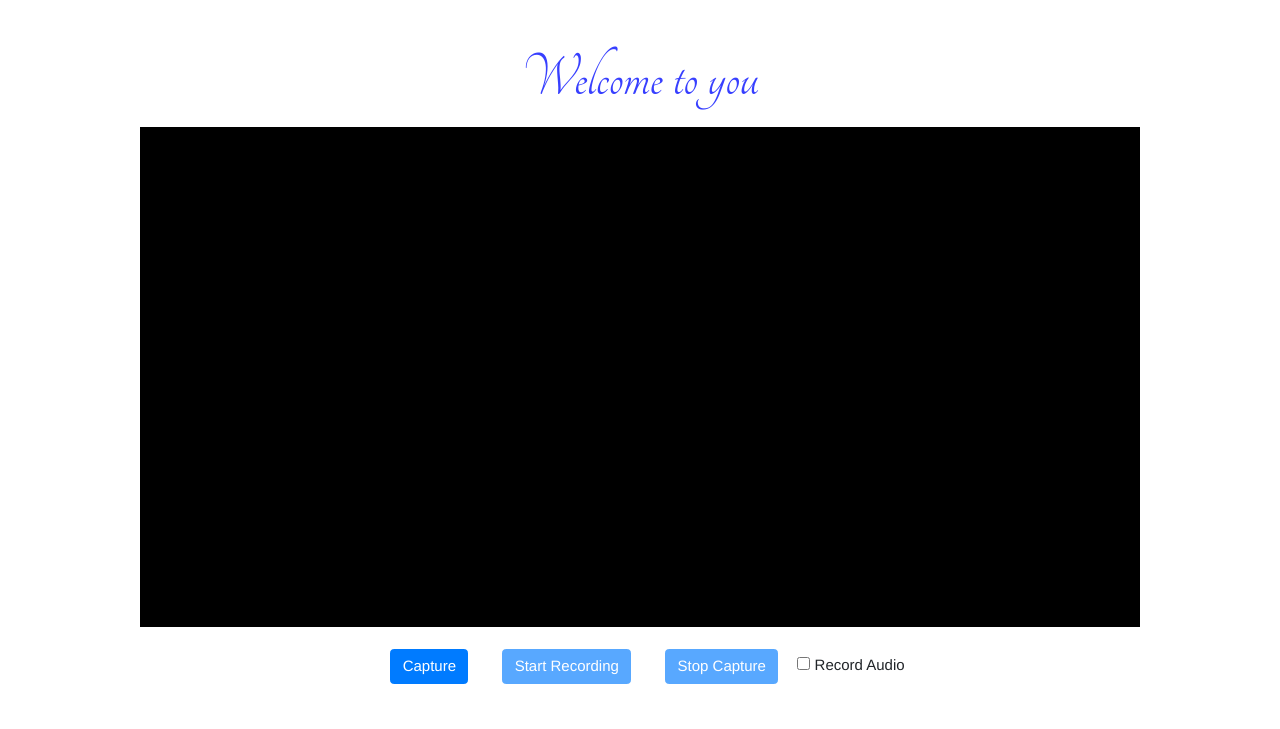
Repository: santiljanomalaj/recording_youtube
Page: index.html
An editor plug-in stored every save of this project. The page is shown before and after the next save, followed by the edit.
The browser window is 1280 px wide. The pictures show the whole page.

Above is the page before, as saved 2020-04-29 18:58:15.

### index.html
<!DOCTYPE html>
<html lang="en">
  <head>
    <title>video/audio capture</title>
    <meta charset="utf-8" />
    <meta http-equiv="X-UA-Compatible" content="IE=edge" />
    <meta name="viewport" content="width=device-width, initial-scale=1" />

    <link rel="stylesheet" href="./css/bootstrap.min.css" />
    <link rel="stylesheet" href="./css/w3.css" />
    <link
      rel="stylesheet"
      href="https://fonts.googleapis.com/css?family=Tangerine"
    />
    <link rel="stylesheet" href="./css/style.css" />

    <!-- <script>
      if (location.protocol !== "https:") location.protocol = "https:";
    </script> -->
    <!-- import the webpage's stylesheet -->
  </head>
  <body>
    <center>
      <div class="w3-container w3-tangerine">
        <!-- <u style="color: red;"> -->
        <h1 class="w3-jumbo">&nbsp Welcome to you &nbsp</h1>
        <!-- </u> -->
      </div>
      <p id="warning">
        Enable chrome://flags/#enable-experimental-web-platform-features
      </p>
      <video
        style="background-color: black; width: 1000px; height: 500px;"
        id="videoElement"
        autoplay
      ></video>
      <br />
      <button class="btn btn-primary" id="captureBtn">Capture</button>
      <button class="btn btn-primary" id="startBtn" disabled>
        Start Recording
      </button>
      <button class="btn btn-primary" id="stopBtn" disabled>
        Stop Capture
      </button>
      <input type="checkbox" id="audioToggle" />
      <label for="audioToggle">Record Audio</label>
      <a
        type="button"
        class="btn btn-primary"
        id="download"
        href="#"
        style="display: none;"
        >Download</a
      >
      <a
        type="button"
        id="trim"
        href="https://video-cut.glitch.me/"
        style="display: none;"
        target="trim"
        >Trim Video</a
      >
      <a
        type="button"
        class="btn btn-primary"
        id="convert"
        href="https://convert-to-mp4.glitch.me/"
        style="display: none;"
        target="convert"
        >Convert to MP4</a
      >
    </center>

    <script src="./js/comlink.js"></script>
    <script src="./js/jquery.min.js"></script>
    <script src="./js/popper.min.js"></script>
    <script src="https://maxcdn.bootstrapcdn.com/bootstrap/4.4.1/js/bootstrap.min.js"></script>

    <script>
      if ("getDisplayMedia" in navigator.mediaDevices)
        warning.style.display = "none";

      let blobs;
      let blob;
      let rec;
      let stream;

      captureBtn.onclick = async () => {
        trim.style.display = "none";
        convert.style.display = "none";
        download.style.display = "none";
        let audio = audioToggle.checked || false;

        stream = await navigator.mediaDevices.getDisplayMedia({
          video: true,
          audio: audio,
        });
        stream
          .getVideoTracks()
          .forEach((track) => (track.contentHint = "text"));
        videoElement.srcObject = stream;
        let opts = { mimeType: "video/webm; codecs=h264" };
        blobs = [];
        rec = new MediaRecorder(stream, opts);
        rec.ondataavailable = (e) => blobs.push(e.data);
        rec.onstop = () => {
          blob = new Blob(blobs, { type: "video/mp4" });
          let url = window.URL.createObjectURL(blob);
          download.href = url;
          download.download = "test.mp4";
          download.style.display = "block";
          trim.style.display = "block";
          convert.style.display = "block";
        };
        startBtn.disabled = false;
        captureBtn.disabled = true;
        audioToggle.disabled = true;
      };

      startBtn.onclick = () => {
        startBtn.disabled = true;
        stopBtn.disabled = false;
        rec.start();
      };

      stopBtn.onclick = () => {
        captureBtn.disabled = false;
        startBtn.disabled = true;
        stopBtn.disabled = true;
        audioToggle.disabled = false;
        rec.stop();
        stream.getTracks().forEach((s) => s.stop());
        videoElement.srcObject = null;
        stream = null;
      };

      trim.onclick = async (event) => {
        event.preventDefault();
        let cutWindow = window.open(event.target.href);
        let start = Comlink.proxy(cutWindow);
        setTimeout(async () => {
          let result = await start(
            new File([blob], "test.webm", { type: "video/webm" }),
            "00:00:00"
          );
        }, 1000);
      };

      convert.onclick = async (event) => {
        event.preventDefault();
        let convertWindow = window.open(event.target.href);
        let start = Comlink.proxy(convertWindow);
        setTimeout(async () => {
          let result = await start(
            new File([blob], "test.webm", { type: "video/webm" })
          );
        }, 1000);
      };
    </script>
  </body>
</html>

### css/style.css
/* CSS files add styling rules to your content */

body {
  font-family: "Benton Sans", "Helvetica Neue", helvetica, arial, sans-serif;
  margin: 2em;
}

h1 {
  font-family: "Tangerine", serif;
  color: #373fff;
}

video {
  width: 1000px;
  height: 1000px;
}

button {
  margin: 1em;
  padding: 1;
}

.w3-tangerine {
  font-family: "Tangerine", serif;
}

### js/comlink.js
/**
 * Copyright 2017 Google Inc. All Rights Reserved.
 * Licensed under the Apache License, Version 2.0 (the "License");
 * you may not use this file except in compliance with the License.
 * You may obtain a copy of the License at
 *     http://www.apache.org/licenses/LICENSE-2.0
 * Unless required by applicable law or agreed to in writing, software
 * distributed under the License is distributed on an "AS IS" BASIS,
 * WITHOUT WARRANTIES OR CONDITIONS OF ANY KIND, either express or implied.
 * See the License for the specific language governing permissions and
 * limitations under the License.
 */
(function (factory) {
  if (typeof module === "object" && typeof module.exports === "object") {
    var v = factory(require, exports);
    if (v !== undefined) module.exports = v;
  } else if (typeof define === "function" && define.amd) {
    define(["require", "exports"], factory);
  } else {
    factory([], (self.Comlink = {}));
  }
})(function (require, exports) {
  "use strict";
  Object.defineProperty(exports, "__esModule", { value: true });
  const TRANSFERABLE_TYPES = [ArrayBuffer, MessagePort];
  const uid = Math.floor(Math.random() * Number.MAX_SAFE_INTEGER);
  const proxyValueSymbol = Symbol("proxyValue");
  const throwSymbol = Symbol("throw");
  const proxyTransferHandler = {
    canHandle: (obj) => obj && obj[proxyValueSymbol],
    serialize: (obj) => {
      const { port1, port2 } = new MessageChannel();
      expose(obj, port1);
      return port2;
    },
    deserialize: (obj) => {
      return proxy(obj);
    },
  };
  const throwTransferHandler = {
    canHandle: (obj) => obj && obj[throwSymbol],
    serialize: (obj) => obj.toString() + "\n" + obj.stack,
    deserialize: (obj) => {
      throw Error(obj);
    },
  };
  exports.transferHandlers = new Map([
    ["PROXY", proxyTransferHandler],
    ["THROW", throwTransferHandler],
  ]);
  let pingPongMessageCounter = 0;
  function proxy(endpoint, target) {
    if (isWindow(endpoint)) endpoint = windowEndpoint(endpoint);
    if (!isEndpoint(endpoint))
      throw Error(
        "endpoint does not have all of addEventListener, removeEventListener and postMessage defined"
      );
    activateEndpoint(endpoint);
    return cbProxy(
      async (irequest) => {
        let args = [];
        if (irequest.type === "APPLY" || irequest.type === "CONSTRUCT")
          args = irequest.argumentsList.map(wrapValue);
        const response = await pingPongMessage(
          endpoint,
          Object.assign({}, irequest, { argumentsList: args }),
          transferableProperties(args)
        );
        const result = response.data;
        return unwrapValue(result.value);
      },
      [],
      target
    );
  }
  exports.proxy = proxy;
  function proxyValue(obj) {
    obj[proxyValueSymbol] = true;
    return obj;
  }
  exports.proxyValue = proxyValue;
  function expose(rootObj, endpoint) {
    if (isWindow(endpoint)) endpoint = windowEndpoint(endpoint);
    if (!isEndpoint(endpoint))
      throw Error(
        "endpoint does not have all of addEventListener, removeEventListener and postMessage defined"
      );
    activateEndpoint(endpoint);
    attachMessageHandler(endpoint, async function (event) {
      if (!event.data.id || !event.data.callPath) return;
      const irequest = event.data;
      let that = await irequest.callPath
        .slice(0, -1)
        .reduce((obj, propName) => obj[propName], rootObj);
      let obj = await irequest.callPath.reduce(
        (obj, propName) => obj[propName],
        rootObj
      );
      let iresult = obj;
      let args = [];
      if (irequest.type === "APPLY" || irequest.type === "CONSTRUCT")
        args = irequest.argumentsList.map(unwrapValue);
      if (irequest.type === "APPLY") {
        try {
          iresult = await obj.apply(that, args);
        } catch (e) {
          iresult = e;
          iresult[throwSymbol] = true;
        }
      }
      if (irequest.type === "CONSTRUCT") {
        try {
          iresult = new obj(...args); // eslint-disable-line new-cap
          iresult = proxyValue(iresult);
        } catch (e) {
          iresult = e;
          iresult[throwSymbol] = true;
        }
      }
      if (irequest.type === "SET") {
        obj[irequest.property] = irequest.value;
        // FIXME: ES6 Proxy Handler `set` methods are supposed to return a
        // boolean. To show good will, we return true asynchronously ¯\_(ツ)_/¯
        iresult = true;
      }
      iresult = makeInvocationResult(iresult);
      iresult.id = irequest.id;
      return endpoint.postMessage(iresult, transferableProperties([iresult]));
    });
  }
  exports.expose = expose;
  function wrapValue(arg) {
    // Is arg itself handled by a TransferHandler?
    for (const [key, transferHandler] of exports.transferHandlers) {
      if (transferHandler.canHandle(arg)) {
        return {
          type: key,
          value: transferHandler.serialize(arg),
        };
      }
    }
    // If not, traverse the entire object and find handled values.
    let wrappedChildren = [];
    for (const item of iterateAllProperties(arg)) {
      for (const [key, transferHandler] of exports.transferHandlers) {
        if (transferHandler.canHandle(item.value)) {
          wrappedChildren.push({
            path: item.path,
            wrappedValue: {
              type: key,
              value: transferHandler.serialize(item.value),
            },
          });
        }
      }
    }
    for (const wrappedChild of wrappedChildren) {
      const container = wrappedChild.path
        .slice(0, -1)
        .reduce((obj, key) => obj[key], arg);
      container[wrappedChild.path[wrappedChild.path.length - 1]] = null;
    }
    return {
      type: "RAW",
      value: arg,
      wrappedChildren,
    };
  }
  function unwrapValue(arg) {
    if (exports.transferHandlers.has(arg.type)) {
      const transferHandler = exports.transferHandlers.get(arg.type);
      return transferHandler.deserialize(arg.value);
    } else if (isRawWrappedValue(arg)) {
      for (const wrappedChildValue of arg.wrappedChildren || []) {
        if (!exports.transferHandlers.has(wrappedChildValue.wrappedValue.type))
          throw Error(
            `Unknown value type "${arg.type}" at ${wrappedChildValue.path.join(
              "."
            )}`
          );
        const transferHandler = exports.transferHandlers.get(
          wrappedChildValue.wrappedValue.type
        );
        const newValue = transferHandler.deserialize(
          wrappedChildValue.wrappedValue.value
        );
        replaceValueInObjectAtPath(arg.value, wrappedChildValue.path, newValue);
      }
      return arg.value;
    } else {
      throw Error(`Unknown value type "${arg.type}"`);
    }
  }
  function replaceValueInObjectAtPath(obj, path, newVal) {
    const lastKey = path.slice(-1)[0];
    const lastObj = path.slice(0, -1).reduce((obj, key) => obj[key], obj);
    lastObj[lastKey] = newVal;
  }
  function isRawWrappedValue(arg) {
    return arg.type === "RAW";
  }
  function windowEndpoint(w) {
    if (self.constructor.name !== "Window") throw Error("self is not a window");
    return {
      addEventListener: self.addEventListener.bind(self),
      removeEventListener: self.removeEventListener.bind(self),
      postMessage: (msg, transfer) => w.postMessage(msg, "*", transfer),
    };
  }
  function isEndpoint(endpoint) {
    return (
      "addEventListener" in endpoint &&
      "removeEventListener" in endpoint &&
      "postMessage" in endpoint
    );
  }
  function activateEndpoint(endpoint) {
    if (isMessagePort(endpoint)) endpoint.start();
  }
  function attachMessageHandler(endpoint, f) {
    // Checking all possible types of `endpoint` manually satisfies TypeScript’s
    // type checker. Not sure why the inference is failing here. Since it’s
    // unnecessary code I’m going to resort to `any` for now.
    // if(isWorker(endpoint))
    //   endpoint.addEventListener('message', f);
    // if(isMessagePort(endpoint))
    //   endpoint.addEventListener('message', f);
    // if(isOtherWindow(endpoint))
    //   endpoint.addEventListener('message', f);
    endpoint.addEventListener("message", f);
  }
  function detachMessageHandler(endpoint, f) {
    // Same as above.
    endpoint.removeEventListener("message", f);
  }
  function isMessagePort(endpoint) {
    return endpoint.constructor.name === "MessagePort";
  }
  function isWindow(endpoint) {
    // TODO: This doesn’t work on cross-origin iframes.
    // return endpoint.constructor.name === 'Window';
    return ["window", "length", "location", "parent", "opener"].every(
      (prop) => prop in endpoint
    );
  }
  /**
   * `pingPongMessage` sends a `postMessage` and waits for a reply. Replies are
   * identified by a unique id that is attached to the payload.
   */
  function pingPongMessage(endpoint, msg, transferables) {
    const id = `${uid}-${pingPongMessageCounter++}`;
    return new Promise((resolve) => {
      attachMessageHandler(endpoint, function handler(event) {
        if (event.data.id !== id) return;
        detachMessageHandler(endpoint, handler);
        resolve(event);
      });
      // Copy msg and add `id` property
      msg = Object.assign({}, msg, { id });
      endpoint.postMessage(msg, transferables);
    });
  }
  function cbProxy(cb, callPath = [], target = function () {}) {
    return new Proxy(target, {
      construct(_target, argumentsList, proxy) {
        return cb({
          type: "CONSTRUCT",
          callPath,
          argumentsList,
        });
      },
      apply(_target, _thisArg, argumentsList) {
        // We use `bind` as an indicator to have a remote function bound locally.
        // The actual target for `bind()` is currently ignored.
        if (callPath[callPath.length - 1] === "bind")
          return cbProxy(cb, callPath.slice(0, -1));
        return cb({
          type: "APPLY",
          callPath,
          argumentsList,
        });
      },
      get(_target, property, proxy) {
        if (property === "then" && callPath.length === 0) {
          return { then: () => proxy };
        } else if (property === "then") {
          const r = cb({
            type: "GET",
            callPath,
          });
          return Promise.resolve(r).then.bind(r);
        } else {
          return cbProxy(cb, callPath.concat(property), _target[property]);
        }
      },
      set(_target, property, value, _proxy) {
        return cb({
          type: "SET",
          callPath,
          property,
          value,
        });
      },
    });
  }
  function isTransferable(thing) {
    return TRANSFERABLE_TYPES.some((type) => thing instanceof type);
  }
  function* iterateAllProperties(value, path = [], visited = null) {
    if (!value) return;
    if (!visited) visited = new WeakSet();
    if (visited.has(value)) return;
    if (typeof value === "string") return;
    if (typeof value === "object") visited.add(value);
    if (ArrayBuffer.isView(value)) return;
    yield { value, path };
    const keys = Object.keys(value);
    for (const key of keys)
      yield* iterateAllProperties(value[key], [...path, key], visited);
  }
  function transferableProperties(obj) {
    const r = [];
    for (const prop of iterateAllProperties(obj)) {
      if (isTransferable(prop.value)) r.push(prop.value);
    }
    return r;
  }
  function makeInvocationResult(obj) {
    for (const [type, transferHandler] of exports.transferHandlers) {
      if (transferHandler.canHandle(obj)) {
        const value = transferHandler.serialize(obj);
        return {
          value: { type, value },
        };
      }
    }
    return {
      value: {
        type: "RAW",
        value: obj,
      },
    };
  }
});

Loaded but not shown: css/bootstrap.min.css (library); css/w3.css (library); js/jquery.min.js (library); js/popper.min.js (library)

After the next save:
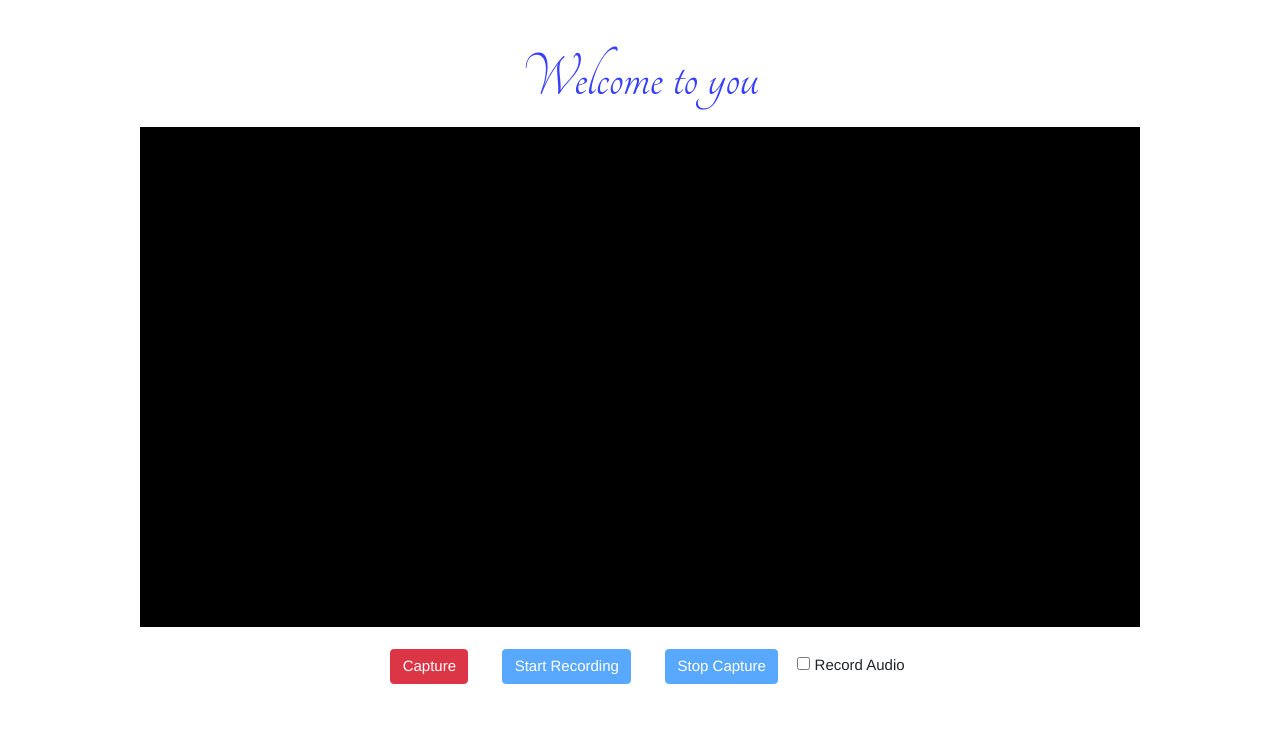
Saved 63 s later.
--- a/index.html
+++ b/index.html
@@ -35,7 +35,7 @@
         autoplay
       ></video>
       <br />
-      <button class="btn btn-primary" id="captureBtn">Capture</button>
+      <button class="btn btn-danger" id="captureBtn">Capture</button>
       <button class="btn btn-primary" id="startBtn" disabled>
         Start Recording
       </button>
